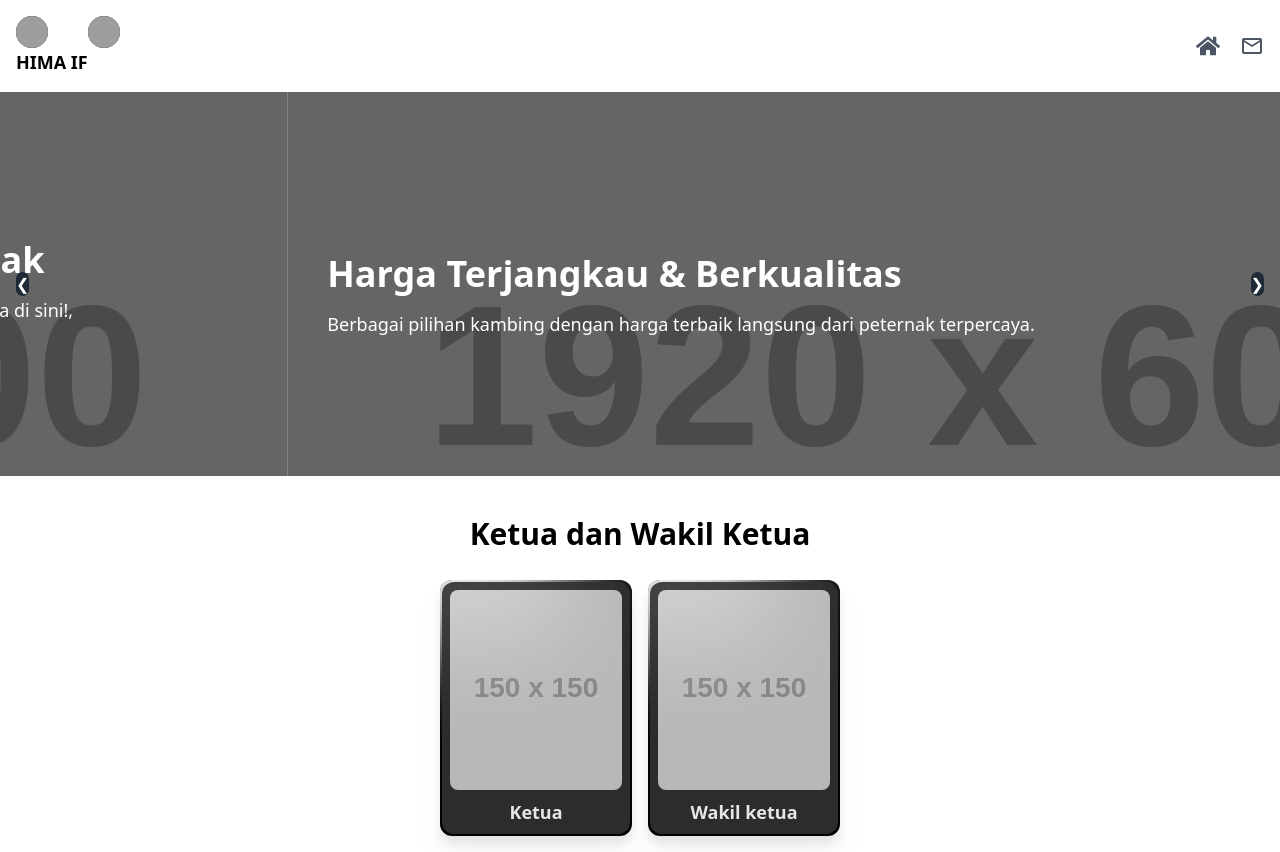
Repository: MUHAMADTEGARWIJAYA/himaif
Page: /
The author's editor kept a copy of each file at every save. The page is drawn from the files as they stood at one save, then again after the next save.
The browser window is 1280 px wide. The pictures show the whole page.
Pictures or frames that could not be fetched are drawn as grey boxes. The project was rebuilt for these pictures with package versions that can differ from the ones it lists, and the page was loaded fresh each time. Also part of the build but not shown: vite.config.js.

Above is the page before, as saved 2024-12-21 14:26:05.

### src/main.jsx
import React from 'react'
import ReactDOM from "react-dom/client"
import './index.css'
import App from './App.jsx'
import { BrowserRouter } from 'react-router-dom'

ReactDOM.createRoot(document.getElementById('root')).render(
  <React.StrictMode>
    <BrowserRouter>
    <App />
    </BrowserRouter>
  </React.StrictMode>
);

### src/App.jsx
import { Routes, Route } from "react-router-dom";
import Slider from "./pages/Content";
import LandingPage from "./layout/LandingPageLay";
import Card from "./pages/Members";

export default function App() {
  return (
    <Routes>
      <Route element={<LandingPage />}>
         <Route path="/" element={<Slider   />}/>
         <Route path="/" element={<Card   />}/>
      </Route>
    </Routes>
  );
}

### src/pages/Content.jsx
import { useState, useEffect } from "react";

const Slider = () => {
  const slides = [
    {
      id: 1,
      image: "https://via.placeholder.com/1920x600", // Ganti dengan URL gambar
      title: "Mudah & Transparan! Kambing Langsung dari Peternak",
      description:
        "Akses langsung ke peternak, harga transparan, dan kualitas terjamin. Pilih kambing untuk kebutuhan Anda hanya di sini!, jdsudvudvbduvbdvbdiobvbvsudvds",
    },
    {
      id: 2,
      image: "https://via.placeholder.com/1920x600", // Ganti dengan URL gambar
      title: "Harga Terjangkau & Berkualitas",
      description:
        "Berbagai pilihan kambing dengan harga terbaik langsung dari peternak terpercaya.",
    },
    {
      id: 3,
      image: "https://via.placeholder.com/1920x600", // Ganti dengan URL gambar
      title: "Pesan Sekarang, Nikmati Kemudahan",
      description:
        "Proses cepat, aman, dan terintegrasi untuk kebutuhan kambing Anda.",
    },
  ];

  const [currentIndex, setCurrentIndex] = useState(0);

  useEffect(() => {
    const interval = setInterval(() => {
      setCurrentIndex((prevIndex) =>
        prevIndex === slides.length - 1 ? 0 : prevIndex + 1
      );
    }, 5000); // Ganti dengan waktu delay (ms)
    return () => clearInterval(interval);
  }, [slides.length]);

  const prevSlide = () => {
    setCurrentIndex(currentIndex === 0 ? slides.length - 1 : currentIndex - 1);
  };

  const nextSlide = () => {
    setCurrentIndex((currentIndex + 1) % slides.length);
  };

  return (
    <div className="relative w-full h-96 overflow-hidden">
      <div
        className="flex transition-transform duration-1000"
        style={{ transform: `translateX(-${currentIndex * 100}%)` }}
      >
        {slides.map((slide) => (
          <div
            key={slide.id}
            className="w-full h-[600px] flex-shrink-0 relative"
            style={{
              backgroundImage: `url(${slide.image})`,
              backgroundSize: "cover",
              backgroundPosition: "center",
            }}
          >
            <div className="absolute inset-0 bg-black bg-opacity-50 flex flex-col justify-center mb-48 items-start p-10 text-white">
              <h1 className="text-4xl font-bold mb-4">{slide.title}</h1>
              <p className="text-lg">{slide.description}</p>
            </div>
          </div>
        ))}
      </div>
      <button
        onClick={prevSlide}
        className="absolute top-1/2 left-4 -translate-y-1/2 bg-gray-800 text-white rounded-full"
      >
        &#10094;
      </button>
      <button
        onClick={nextSlide}
        className="absolute top-1/2 right-4 -translate-y-1/2 bg-gray-800 text-white rounded-full"
      >
        &#10095;
      </button>
    </div>
  );
};

export default Slider;

### src/layout/LandingPageLay.jsx
import Navbar from '../pages/Navbar';

import App from "../pages/Members";
import Slider from "../pages/Content";

const LandigPage = () => {
    return (
        <div className='bg-white'>
            <Navbar />
             <Slider />
             <App />
         </div>
    );
};

export default LandigPage;

### src/pages/Members.jsx
import PropTypes from "prop-types";

const Card = ({ title, image }) => {
  return (

    <div className="relative drop-shadow-xl w-48 h-64 overflow-hidden rounded-xl bg-black transform transition-transform hover:scale-105 hover:rotate-2">
      <div className="absolute inset-0.5 flex flex-col items-center justify-between text-white z-[1] opacity-90 rounded-xl bg-[#323132] p-2">
        <img
          src={image}
          alt={title}
          className="w-full h-52 object-cover rounded-lg"
        />
        <h3 className="text-lg font-semibold mt-2">{title}</h3>
      </div>
      <div className="absolute w-56 h-48 bg-white blur-[50px] -left-1/2 -top-1/2"></div>
    </div>
  );
};

Card.propTypes = {
  title: PropTypes.string.isRequired,
  image: PropTypes.string.isRequired,
};

const App = () => {
  const cards = [
    {
      title: "Ketua",
      image: "https://via.placeholder.com/150",
    },
    {
      title: "Wakil ketua",
      image: "https://via.placeholder.com/150",
    },
  ];


  return (
    <div className=" ">
       <h1 className="text-3xl font-bold mt-10 text-center bg-clip-text text-black font-sans">
        Ketua dan Wakil Ketua
        </h1>
                    {/*Ketua dan wakil  */}
                    <div className="flex flex-wrap justify-center gap-4 mt-3 p-4">
                    {cards.map((card, index) => (
                        <Card key={index} title={card.title} image={card.image} />
                    ))}
                    </div>
    </div>
  );
};

export default App;

### src/pages/Navbar.jsx
import  { useState, useEffect } from "react";
import { FaHome } from "react-icons/fa";
import { MdOutlineEmail } from "react-icons/md";

const Navbar = () => {
  const [isVisible, setIsVisible] = useState(true);

  useEffect(() => {
    const handleScroll = () => {
      // Check scroll position
      if (window.scrollY > 50) {
        setIsVisible(false); // Hide when scrolled down
      } else {
        setIsVisible(true); // Show when at top
      }
    };

    window.addEventListener("scroll", handleScroll);

    // Cleanup event listener on unmount
    return () => {
      window.removeEventListener("scroll", handleScroll);
    };
  }, []);

  return (
    <div className="relative">
      <div
        className={`flex items-center p-4 bg-transparent justify-between space-x-5 text-white transition-transform duration-300 ${
          isVisible ? "translate-y-0" : "-translate-y-full"
        }`}
      >
        {/* Bagian Kiri */}
        <div className="grid grid-cols-2 items-center justify-end gap-0">
            <img
              src="image.jpg" // Gunakan default jika avatar kosong
              alt="User Avatar"
              className="w-8 h-8 bg-black rounded-full"
            />
            <img
              src="image.jpg" // Gunakan default jika avatar kosong
              alt="User Avatar"
              className="w-8 h-8 bg-black rounded-full"
            />
          <span className="text-lg font-bold text-black">HIMA IF</span>
        </div>

        {/* Bagian Kanan */}
        <div className="flex items-center relative space-x-5">
          <button className="text-gray-600 hover:text-gray-800">
            <FaHome className="w-6 h-6" />
          </button>
          <button className="text-gray-600 hover:text-gray-800">
            <MdOutlineEmail className="w-6 h-6" />
          </button>
          {/* Avatar */}

        </div>
      </div>
    </div>
  );
};

export default Navbar;

Loaded but not shown: index.html (common file); src/index.css (common file); tailwind.config.js (common file)

After the next save:
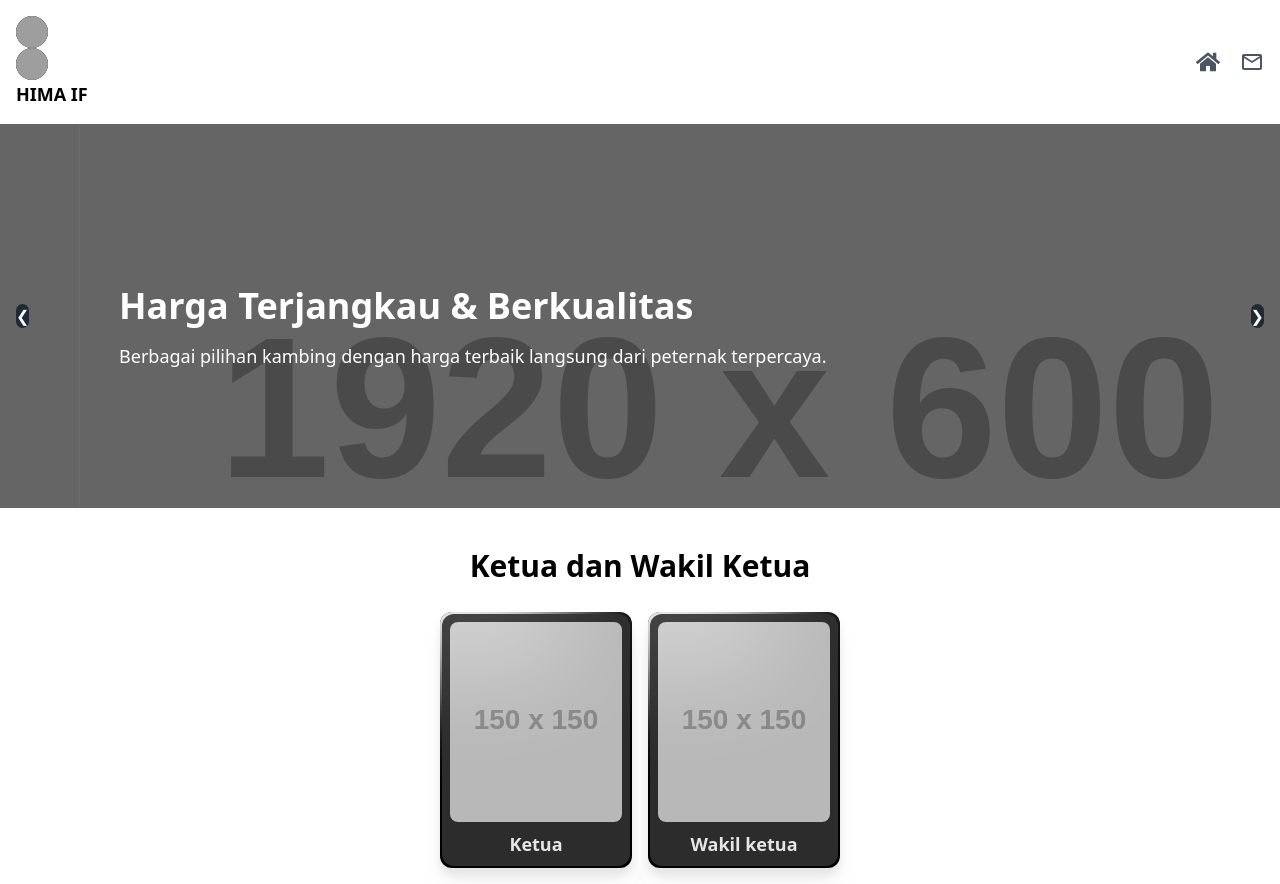
Saved 9 s later.
--- a/src/pages/Navbar.jsx
+++ b/src/pages/Navbar.jsx
@@ -31,7 +31,7 @@
         }`}
       >
         {/* Bagian Kiri */}
-        <div className="grid grid-cols-2 items-center justify-end gap-0">
+        <div className="grid grid-cols-1 items-center">
             <img
               src="image.jpg" // Gunakan default jika avatar kosong
               alt="User Avatar"

After the save that followed:
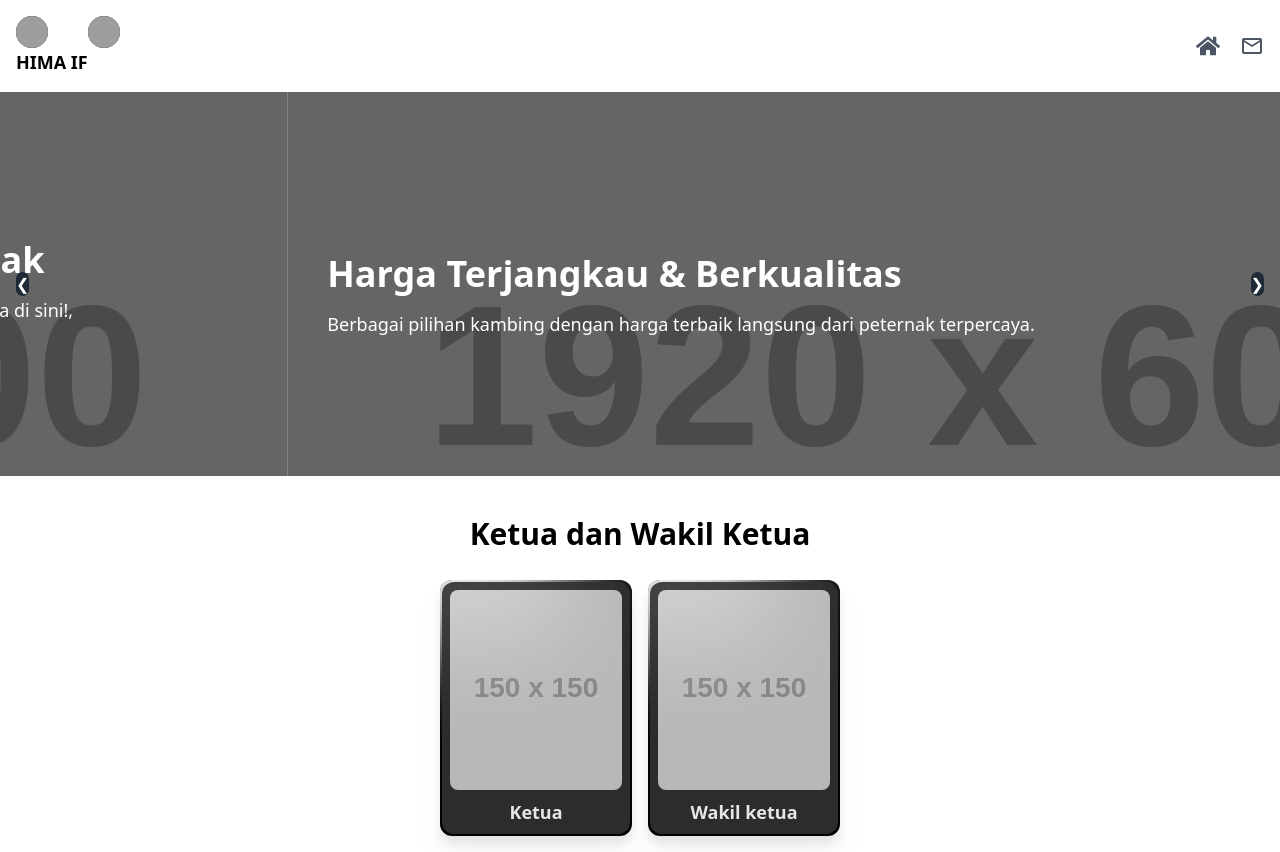
Saved 12 s later.
--- a/src/pages/Navbar.jsx
+++ b/src/pages/Navbar.jsx
@@ -31,7 +31,7 @@
         }`}
       >
         {/* Bagian Kiri */}
-        <div className="grid grid-cols-1 items-center">
+        <div className="grid grid-cols-2 items-center">
             <img
               src="image.jpg" // Gunakan default jika avatar kosong
               alt="User Avatar"
